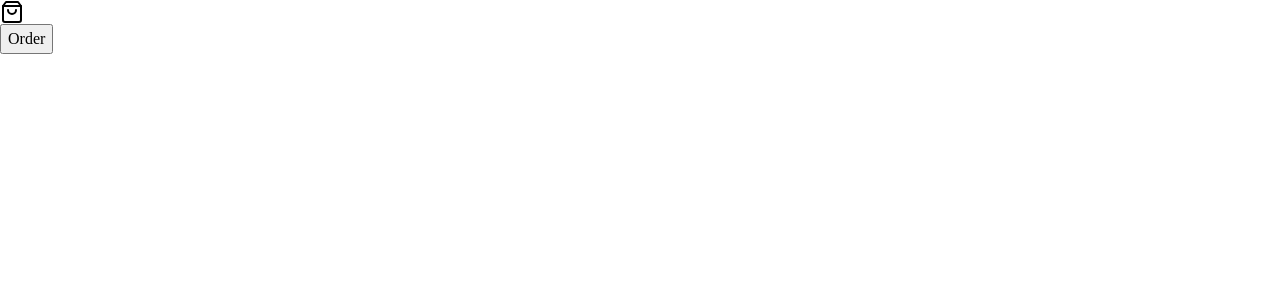
Repository: hjubsoni/hex-ocean-task
Page: /
An editor plug-in stored every save of this project. The page is shown before and after the next save, followed by the edit.
The browser window is 1280 px wide. The pictures show the whole page.
The project was rebuilt for these pictures with package versions that can differ from the ones it lists, and the page was loaded fresh each time. Also part of the build but not shown: vite.config.ts.

Above is the page before, as saved 2023-03-20 20:45:02.

After the next save:
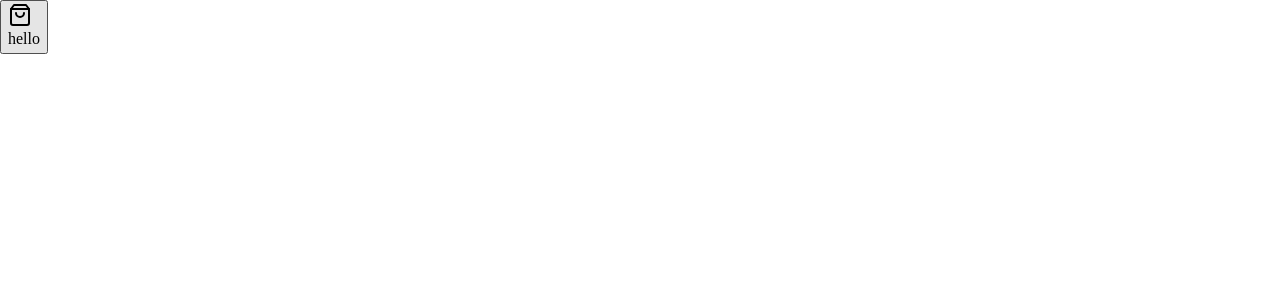
Saved 12 s later.
--- a/src/App.tsx
+++ b/src/App.tsx
@@ -3,8 +3,10 @@ import { ShoppingBag } from 'react-feather';
 function App() {
   return (
     <div className="wrapper">
-      <ShoppingBag />
-      <button>Order</button>
+      <button>
+        <ShoppingBag />
+        hello
+      </button>
     </div>
   );
 }
